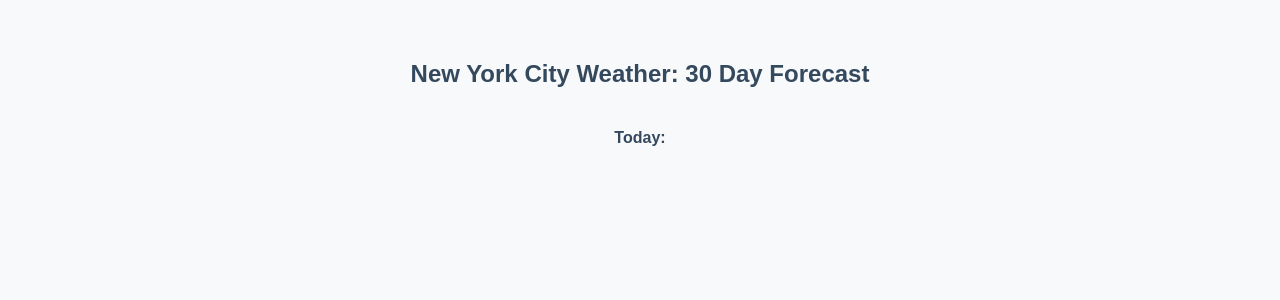
Repository: m0llyc00k/web-advanced
Page: NYC_weather_midterm/index_MC.html
The author's editor kept a record of every edit. The page is drawn from the files as they stood at one moment, then again after the next edit.
The browser window is 1280 px wide. The pictures show the whole page.
Some web fonts or font styles are not loaded; a fallback is used.

Above is the page before.
Console error: TypeError: Cannot read properties of null (reading 'addEventListener')

### NYC_weather_midterm/index_MC.html
<!DOCTYPE html>
<html lang="en">

<head>
    <link rel="stylesheet" href="./styles_MC.css" type="text/css">

    </link>

    <title>NYC Weather: 30 Day Forecast</title>
</head>

<body>
    <h2 class="title">
        New York City Weather: 30 Day Forecast
    </h2>
    <h4>Today:</h4>
    <br><br><br>
    <div id="wrapper" class="wrapper">
        <div id="tooltip" class="tooltip">
            <div id="tooltip-date" class="tooltip-date"></div>
            <div id="tooltip-temperature" class="tooltip-temperature">
                <span id="tooltip-temperature-min"></span>
                -
                <span id="tooltip-temperature-max"></span>
            </div>
            <div class="tooltip-metric tooltip-precipitation-type">
                <div>Weather</div>
                <div id="tooltip-precipitation-type"></div>
            </div>

            <div class="tooltip-metric tooltip-cloud">
                <div>Cloud Cover</div>
                <div id="tooltip-cloud"></div>
            </div>
            <div class="tooltip-metric tooltip-rain">
                <div>Rain</div>
                <div id="tooltip-rain"></div>
            </div>
            <div class="tooltip-metric tooltip-snow">
                <div>Snow</div>
                <div id="tooltip-snow"></div>
            </div>
            <div class="tooltip-metric tooltip-humidity">
                <div>Humidity</div>
                <div id="tooltip-humidity"></div>
            </div>
        </div>


        <script src="https://d3js.org/d3.v7.min.js"></script>
        <script src="./script2.js"></script>

</body>

</html>

### NYC_weather_midterm/styles_MC.css
/* Import and use the Inter font https://rsms.me/inter/ */
@import url('https://rsms.me/inter/inter.css');

html {
    font-family: 'Inter', sans-serif;
}

body {
    display: flex;
    flex-direction: column;
    align-items: center;
    padding: 2em 2em;
    font-family: 'Inter var', sans-serif;
    font-size: 16px;
    color: #34495e;
    background: #f8f9fa;
}

#title {
    position: relative;
    width: 600px;
    margin-top: .3em;
    margin-bottom: .3em;
    line-height: 1.2em;
    display: flex;
    justify-content: center;
    text-align: center;
    align-items: center;
    font-family: 'Inter', sans-serif;
    font-feature-settings: 'tnum'1;
    font-weight: bold;
    font-size: 24px;
}

.grid-line {
    stroke: #dadadd;
    fill: none;
}

.tick-label {
    dominant-baseline: middle;
    fill: #8395a7;
    font-size: 0.7em;
    font-weight: 700;
    letter-spacing: 0.005em;
}

.tick-label-temperature {
    fill: #8395a7;
    opacity: 0.7;
    dominant-baseline: middle;
    font-size: 0.7em;
}

.freezingCircle {
    fill: skyblue;
    opacity: 0.5;
}

.day-line {
    stroke: #dadadd;
    stroke-width: 3;
}

.cloud-dot {
    fill: #c8d6e5;
    /*opacity: 0.8;*/
    mix-blend-mode: multiply;
}

.humidity-dot {
    fill: #d8d2e7;
    /*opacity: 0.8;*/
}

.rain-dot {
    opacity: 0.7;
    fill: cornflowerblue;
    mix-blend-mode: multiply;
}

.snow-dot {
    opacity: 0.7;
    fill: #636e72;
    mix-blend-mode: multiply;
}

.annotation-line {
    stroke: gray;
    /*opacity: 0.4;*/
}

.annotation-text {
    fill: gray;
    font-size: 0.7em;
    dominant-baseline: middle;
}

svg {
    overflow: visible;
}

#wrapper {
    position: relative;
}

.dropbtn {
    background-color: #8395a7;
    font-family: 'Inter', sans-serif;
    color: #dfdfdf;
    padding: 14px;
    font-size: 13px;
    border: none;
}

.dropdown {
    position: relative;
    display: inline-block;
}

.dropdown-content {
    font-family: 'Inter', sans-serif;
    font-size: 12px;
    display: none;
    position: absolute;
    background-color: #dfdfdf;
    min-width: 120px;
    box-shadow: 0px 8px 16px 0px rgba(0, 0, 0, 0.2);
    z-index: 1;
    color: #34495e;
    justify-content: center;
    text-align: center;
    align-items: center;

}

.dropdown-content a {
    font-family: 'Inter', sans-serif;
    color: black;
    padding: 12px 16px;
    text-decoration: none;
    display: block;
}

.dropdown-content a:hover {
    background-color: cornflowerblue;
    opacity: .5;
}

.dropdown:hover .dropdown-content {
    display: block;
}

.dropdown:hover .dropbtn {
    opacity: .5;
}

.tooltip {
    opacity: 0;
    position: absolute;
    top: 0;
    left: 0;
    width: 15em;
    padding: 0.6em 1em;
    background: #fff;
    text-align: center;
    line-height: 1.4em;
    font-size: 0.9em;
    border: 1px solid #ddd;
    z-index: 10;
    pointer-events: none;

}

.tooltip-date {
    margin-bottom: 0.2em;
    font-weight: 600;
    font-size: 1.1em;
    line-height: 1.4em;
}

.tooltip-temperature {
    font-feature-settings: 'tnum'1;
}

.tooltip-metric {
    display: flex;
    justify-content: space-between;
    width: 100%;
    font-size: 0.8em;
    line-height: 1.3em;
    transition: all 0.1s ease-out;
}

.tooltip-metric div:first-child {
    font-weight: 800;
    padding-right: 1em;
}

.tooltip-metric div:nth-child(2) {
    font-feature-settings: 'tnum'1;
}

.tooltip-cloud {
    color: #8395a7;
}

.tooltip-humidity {
    color: #bbb1d5;
}

.listener-circle {
    fill: transparent;
}

.tooltip-line {
    pointer-events: none;
    fill: #8395a7;
    /*fill-opacity: 0.2;*/
    mix-blend-mode: multiply;
}

.tooltip-rain {
    color: cornflowerblue;
}

.tooltip-snow {
    /*color: #8791a3;*/
    color: #b2bec3;
}

.tooltip-precipitation-type {
    margin-bottom: 8px;
    margin-top: 8px;
}

### NYC_weather_midterm/script2.js
/*global d3*/
//create a constructor function to process the data within object

"use strict";

const form = document.querySelector(".top-banner form");
const input = document.querySelector(".top-banner input");
const msg = document.querySelector(".top-banner .msg");
// const list = document.querySelector(".ajax-section .cities");
const apiKey = "0353e66df6f1bec42f85ab2aa62ad775";

form.addEventListener("submit", e => {
    e.preventDefault();
    let inputVal = input.value;

    //ajax here
    const url = `https://pro.openweathermap.org/data/2.5/forecast/climate?q=${inputVal}&appid=${apiKey}&units=imperial`;

    function fetchSearchData() {

        fetch(url)
            .then(res => res.json())
            // .then(data => {
            //     console.log(data)

            .then(function(data) {
                const dataset = data.list
                const allData = data


                drawChart(dataset)
                console.log(allData)
                getTitle(allData)

            })
            .catch(error => {
                console.log(error);
                msg.textContent = "Please search for a valid city";
            })

        msg.textContent = "";
        form.reset();
        input.focus();
    };



    function getTitle(allData) {
        const title = document.getElementById("title")
        const city = document.createElement("h2");
        const newTitle = city.innerText = allData.city.name + ", " + allData.city.country;
        title.innerHTML = newTitle + " : 30 Day Forecast";
    }

    const chartDiv = document.getElementById('wrapper')

        if (chartDiv == null) {
            fetchSearchData()
        } else {
            chartDiv.remove()
            fetchSearchData()
        }


    //////// draw chart in d3 ////////


    function drawChart(newData) {



        // 1. Access data


        // console.log(newData)
        //add the date format to the data
        const formatDate = d3.timeFormat("%Y-%m-%d")
        const parseDate = d3.timeParse("%Y-%m-%d")

        newData.forEach((element) => {
            element['date'] =
                (formatDate(element.dt * 1000))
        })

        const sunFormatter = d3.timeFormat("%I %p")
        const temperatureMinAccessor = d => d.temp.min
        const temperatureMaxAccessor = d => d.temp.max
        const dayAccessor = d => d.date
        const humidityAccessor = d => d.humidity
        const rainAccessor = d => d.rain
        const snowAccessor = d => d.snow
        const precipitationTypeAccessor = d => d.weather[0].main
        const weatherType = d => d.weather[0].description
        const cloudAccessor = d => d.clouds
        const dateParser = d3.timeParse("%Y-%m-%d")
        const sunriseAccessor = d => dateParser(d.sunrise)
        const sunsetAccessor = d => dateParser(d.sunset)
        const sunriseFormat = d => sunFormatter(sunriseAccessor(d.sunrise))
        const dateAccessor = d => dateParser(d.date)


        // 2. Create chart dimensions

        const width = 600
        let dimensions = {
            width: width,
            height: width,
            radius: width / 2,
            margin: {
                top: 120,
                right: 120,
                bottom: 120,
                left: 120,
            },
        }
        dimensions.boundedWidth = dimensions.width - dimensions.margin.left - dimensions.margin.right
        dimensions.boundedHeight = dimensions.height - dimensions.margin.top - dimensions.margin.bottom
        dimensions.boundedRadius = dimensions.radius - ((dimensions.margin.left + dimensions.margin.right) / 2)

        // 3. Draw canvas

        const div = document.createElement("div")
        div.setAttribute('class', 'wrapper');
        div.setAttribute('id', 'wrapper')
        document.body.appendChild(div);

        div.innerHTML = `
        <div id="tooltip" class="tooltip">
            <div id="tooltip-date" class="tooltip-date"></div>
            <div id="tooltip-temperature" class="tooltip-temperature">
                <span id="tooltip-temperature-min"></span>
                -
                <span id="tooltip-temperature-max"></span>
            </div>
            <div class="tooltip-metric tooltip-precipitation-type">
                <div>Weather</div>
                <div id="tooltip-precipitation-type"></div>
            </div>

            <div class="tooltip-metric tooltip-cloud">
                <div>Cloud Cover</div>
                <div id="tooltip-cloud"></div>
            </div>
            <div class="tooltip-metric tooltip-rain">
                <div>Rain</div>
                <div id="tooltip-rain"></div>
            </div>
            <div class="tooltip-metric tooltip-snow">
                <div>Snow</div>
                <div id="tooltip-snow"></div>
            </div>
            <div class="tooltip-metric tooltip-humidity">
                <div>Humidity</div>
                <div id="tooltip-humidity"></div>
            </div>
        </div>
        `

        const subtitle = document.createElement('h4')

        const wrapper = d3.select("#wrapper")
            .append("svg")
            .attr("width", dimensions.width)
            .attr("height", dimensions.height)

        const bounds = wrapper.append("g")
            .style("transform", `translate(${
            dimensions.margin.left + dimensions.boundedRadius}px, ${dimensions.margin.top + dimensions.boundedRadius}px)`)

        const defs = wrapper.append("defs")

        const gradientId = "temperature-gradient"
        const gradient = defs.append("radialGradient")
            .attr("id", gradientId)

        const radiusScale = d3.scaleLinear()
            .domain(d3.extent([
                ...newData.map(temperatureMinAccessor),
                ...newData.map(temperatureMaxAccessor),
            ]))
            .range([0, dimensions.boundedRadius])
            .nice()

        const numberOfStops = 10
        // const gradientColorScale = d3.interpolatePuBuGn
        // const gradientColorScale = d3.interpolateBuPu
        // const gradientColorScale = d3.interpolateCool
        const gradientColorScale = d3.interpolateRgb("cornflowerblue", "#047773")


        const temperatureColorScale = d3.scaleSequential()
            .domain(radiusScale.domain())
            .interpolator(gradientColorScale)

        d3.range(numberOfStops).forEach(i =>
            gradient.append("stop")
            .attr("offset", `${i *100 / (numberOfStops - 1)}%`)
            .attr("stop-color", gradientColorScale(
                i / (numberOfStops - 1)
            )))

        // 4. Create scales

        const angleScale = d3.scaleTime()
            .domain(d3.extent(newData, dateAccessor))
            .range([0, Math.PI * 2])


        const getCoordinatesForAngle = (angle, offset = 1) => [
            Math.cos(angle - Math.PI / 2) * dimensions.boundedRadius * offset,
            Math.sin(angle - Math.PI / 2) * dimensions.boundedRadius * offset,
        ]

        const getXFromDataPoint = (d, offset = 1.4) => (
            getCoordinatesForAngle(angleScale(dateAccessor(d)), offset)[0]
        )

        const getYFromDataPoint = (d, offset = 1.4) => (
            getCoordinatesForAngle(angleScale(dateAccessor(d)), offset)[1]
        )

        // 5. Draw data

        const freezingCircle = bounds.append("circle")
            .attr("r", radiusScale(32))
            .attr("class", "freezingCircle")


        const areaGenerator = d3.areaRadial()
            .angle(d => angleScale(dateAccessor(d)))
            .innerRadius(d => radiusScale(temperatureMinAccessor(d)))
            .outerRadius(d => radiusScale(temperatureMaxAccessor(d)))

        const area = bounds.append("path")
            .attr("d", areaGenerator(newData))
            .style("fill", `url(#${gradientId}`)

        const cloudRadiusScale = d3.scaleSqrt()
            .domain(d3.extent(newData, cloudAccessor))
            .range([1, 10])

        const humidityRadiusScale = d3.scaleSqrt()
            .domain(d3.extent(newData, humidityAccessor))
            .range([1, 10])

        const precipitationTypes = ["rain", "clouds", "snow", "humidity"]
        const precipitationTypeColorScale = d3.scaleOrdinal()
            .domain(precipitationTypes)
            .range(["cornflowerblue", "#636e72", "#b2bec3", "#d8d2e7"])

        const rainRaduisScale = d3.scaleSqrt()
            .domain(d3.extent(newData, rainAccessor))
            .range([0, 10])

        const snowRaduisScale = d3.scaleSqrt()
            .domain(d3.extent(newData, snowAccessor))
            .range([0, 10])

        // 6. Draw peripherals

        const annotationGroup = bounds.append("g")
        const drawAnnotation = (angle, offset, text) => {
            const [x1, y1] = getCoordinatesForAngle(angle, offset)
            const [x2, y2] = getCoordinatesForAngle(angle, 2.6)

            annotationGroup.append("line")
                .attr("x1", x1)
                .attr("x2", x2)
                .attr("y1", y1)
                .attr("y2", y2)
                .attr("class", "annotation-line")

            annotationGroup.append("text")
                .attr("x", x2 + 6)
                .attr("y", y2)
                .attr("class", "annotation-text")
                .text(text)

        }




        const peripherals = bounds.append("g")
        const days = d3.timeDay.range(...angleScale.domain())

        days.forEach(day => {
            const angle = angleScale(day)
            const [x, y] = getCoordinatesForAngle(angle, 1)
            // console.log(getCoordinatesForAngle(angle, 1))

            peripherals.append("line")
                .attr("x2", x)
                .attr("y2", y)
                .attr("class", "grid-line")


            const [labelx, labely] = getCoordinatesForAngle(angle, 2)
            peripherals.append("text")
                .text(d3.timeFormat("%b %d")(day))
                .attr("x", labelx)
                .attr("y", labely)
                .attr("class", "tick-label")
                .style("text-anchor",
                    Math.abs(labelx) < 5 ? "middle" :
                    labelx > 0 ? "start" :
                    "end"
                )


            const temperatureTicks = radiusScale.ticks(4)
            // console.log(temperatureTicks)
            const gridCircles = temperatureTicks.map(d => {
                peripherals.append("circle")
                    .attr("r", radiusScale(d))
                    .attr("class", "grid-line")
            })

            const tickLabelBackgrounds = temperatureTicks.map(d => {
                if (d < 1) return
                return peripherals.append("rect")
                    // .attr("x", 4)
                    .attr("y", -radiusScale(d) - 10)
                    .attr("width", 40)
                    .attr("height", 20)
                    .attr("fill", "#f8f9fa")
            })

            const gridLabels = temperatureTicks.map(d => {
                if (d < 1) return
                return peripherals.append("text")
                    .attr("x", 4)
                    .attr("y", -radiusScale(d) + 2)
                    .html(`${d3.format(".0f")(d)} \xB0F`)
                    .attr("class", "tick-label-temperature")
            })

        })

        //ticks for days

        const dayGroup = bounds.append("g")
        const dayOffset = 1
        const dayTick = dayGroup.selectAll("line")
            .data(newData.filter(d => dayAccessor(d)))
            .join("line")
            .attr("x1", d => getXFromDataPoint(d, dayOffset))
            .attr("y1", d => getYFromDataPoint(d, dayOffset))
            .attr("x2", d => getXFromDataPoint(d, dayOffset + 0.1))
            .attr("y2", d => getYFromDataPoint(d, dayOffset + 0.1))
            .attr("class", "day-line")

        //outer circles

        const cloudGroup = bounds.append("g")
        const cloudOffset = 1.65
        const cloudDots = cloudGroup.selectAll("circle")
            .data(newData)
            .join("circle")
            .attr("r", d => cloudRadiusScale(cloudAccessor(d)))
            .attr("cx", d => getXFromDataPoint(d, cloudOffset))
            .attr("cy", d => getYFromDataPoint(d, cloudOffset))
            .attr("class", "cloud-dot")

        const humidityGroup = bounds.append("g")
        const humidityOffset = 1.20
        const humidityDots = humidityGroup.selectAll("circle")
            .data(newData)
            .join("circle")
            .attr("r", d => humidityRadiusScale(humidityAccessor(d)))
            .attr("cx", d => getXFromDataPoint(d, humidityOffset))
            .attr("cy", d => getYFromDataPoint(d, humidityOffset))
            .attr("class", "humidity-dot")

        const rainGroup = bounds.append("g")
        const rainOffset = 1.34
        const rainDots = rainGroup.selectAll("circle")
            .data(newData)
            .join("circle")
            .attr("r", d => rainRaduisScale(rainAccessor(d)))
            .attr("cx", d => getXFromDataPoint(d, rainOffset))
            .attr("cy", d => getYFromDataPoint(d, rainOffset))
            .attr("class", "rain-dot")

        const snowGroup = bounds.append("g")
        const snowOffset = 1.47
        const snowDots = snowGroup.selectAll("circle")
            .data(newData)
            .join("circle")
            .attr("r", d => snowRaduisScale(snowAccessor(d)))
            .attr("cx", d => getXFromDataPoint(d, snowOffset))
            .attr("cy", d => getYFromDataPoint(d, snowOffset))
            .attr("class", "snow-dot")



        // drawAnnotation(Math.PI * 0.3, humidityOffset , "Humidity")
        // drawAnnotation(Math.PI * 0.195, cloudOffset , "Cloudiness")
        // drawAnnotation(Math.PI * 0.24, rainOffset , "Rain")
        // drawAnnotation(Math.PI * 0.26, snowOffset , "Snow")
        drawAnnotation(Math.PI * 0.65, 0.5, "Temperature")


        drawAnnotation(Math.PI * 0.72, radiusScale(32) / dimensions.boundedRadius, "Freezing Temperature (32\xB0F)")


        precipitationTypes.forEach((precipitationType, index) => {
            const labelCoordinates = getCoordinatesForAngle(Math.PI * 0.28, 3.0)

            annotationGroup.append("circle")
                .attr("cx", labelCoordinates[0] + 15)
                .attr("cy", labelCoordinates[1] + (16 * (index + 1)))
                .attr("r", 4)
                .attr("fill", precipitationTypeColorScale(precipitationType))
                .style("opacity", 0.7)
            annotationGroup.append("text")
                .attr("x", labelCoordinates[0] + 25)
                .attr("y", labelCoordinates[1] + (16 * (index + 1)))
                .text(precipitationType)
                .attr("class", "annotation-text")

        })




        //   // 7. Set up interactions

        const listenerCircle = bounds.append("circle")
            .attr("r", dimensions.width / 2)
            .attr("class", "listener-circle")
            .on("mousemove", onMouseMove)
            .on("mouseleave", onMouseLeave)


        const tooltip = d3.select("#tooltip")
        const tooltipLine = bounds.append("path")
            .attr("class", "tooltip-line")

        function onMouseMove(e) {
            const [x, y] = d3.pointer(e)

            const getAngleFromCoordinates = (x, y) => (
                Math.atan2(y, x))
            let angle = getAngleFromCoordinates(x, y) + Math.PI / 2
            if (angle < 0) angle = (Math.PI * 2) + angle

            const tooltipArcGenerator = d3.arc()
                .innerRadius(0)
                .outerRadius(dimensions.boundedRadius * 1.6)
                .startAngle(angle - 0.15)
                .endAngle(angle + 0.015)

            tooltipLine.attr("d", tooltipArcGenerator())
                .style("opacity", 1)

            const outerCoordinates = getCoordinatesForAngle(angle, 1.6)

            tooltip.style("opacity", 1)
                .style("transform", `translate(calc(${
          outerCoordinates[0] < -50 ? "40px + -100" :
          outerCoordinates[0] > 50 ? "-40px + 0" :
          -50
        }% + ${
          outerCoordinates[0] + dimensions.margin.left + dimensions.boundedRadius
        }px), calc(${
          outerCoordinates[1] < -50 ? "40px + -100" :
          outerCoordinates[1] > 50 ? "-40px + 0" :
          -50
        }% + ${
          outerCoordinates[1] + dimensions.margin.top + dimensions.boundedRadius
        }px))`)

            const date = angleScale.invert(angle)
            const dateString = d3.timeFormat("%Y-%m-%d")(date)

            const dataPoint = newData.find(d => d.date == dateString)
            if (!dataPoint) return

            const noValue = NaN



            tooltip.select("#tooltip-date")
                .text(d3.timeFormat("%B %-d")(date))
            tooltip.select("#tooltip-temperature-min")
                .html(`${d3.format(".1f")(
          temperatureMinAccessor(dataPoint))
        }	\xB0F`)
            tooltip.select("#tooltip-temperature-max")
                .html(`${d3.format(".1f")(
          temperatureMaxAccessor(dataPoint))
        }	\xB0F`)
            tooltip.select("#tooltip-humidity")
                .html(`${d3.format(".1f")(
          humidityAccessor(dataPoint))
        }	%`)
            tooltip.select("#tooltip-cloud")
                .html(`${d3.format(".1f")(
          cloudAccessor(dataPoint))
        }	%`)


            if (snowAccessor(dataPoint) != undefined) {
                tooltip.select("#tooltip-snow")
                    .html(`${d3.format(".1f")(
                snowAccessor(dataPoint))
        }	mm`)
            }
            else {
                tooltip.select("#tooltip-snow")
                    .text('none')
            }


            if (rainAccessor(dataPoint) != undefined) {
                tooltip.select("#tooltip-rain")
                    .html(`${d3.format(".1f")(
            rainAccessor(dataPoint))
        }	mm`)

            }
            else {
                tooltip.select("#tooltip-rain")
                    .text('none')
            }


            tooltip.select("#tooltip-precipitation-type")
                .text(weatherType(dataPoint))
            // tooltip.select("#tooltip-sunrise")
            //     .text(sunriseAccessor(d3.timeFormat("%I %p")))
            // tooltip.select("#tooltip-sunset")
            //     .text(d3.timeFormat("%I %p")(sunsetAccessor))
            tooltip.select(".tooltip-precipitation-type")
                .style("color", precipitationTypeAccessor(dataPoint) ?
                    precipitationTypeColorScale(
                        precipitationTypeAccessor(dataPoint)
                    ) :
                    "#dadadd")
            tooltip.select("#tooltip-temperature-min")
                .style("color", temperatureColorScale(
                    temperatureMinAccessor(dataPoint)
                ))
            tooltip.select("#tooltip-temperature-max")
                .style("color", temperatureColorScale(
                    temperatureMaxAccessor(dataPoint)
                ))
            tooltip.select("#tooltip-rain")
                .style("color", "cornflowerblue")
            tooltip.select("#tooltip-snow")
                .style("color", "#8791a3")
            // tooltip.select("#tooltip-sunrise")
            //     .style("color", "#feca57")
            // tooltip.select("#tooltip-sunset")
            //     .style("color", "#fe7757")
        }

        function onMouseLeave() {
            tooltip.style("opacity", 0)
            tooltipLine.style("opacity", 0)

        }



    }

});

After the next edit:
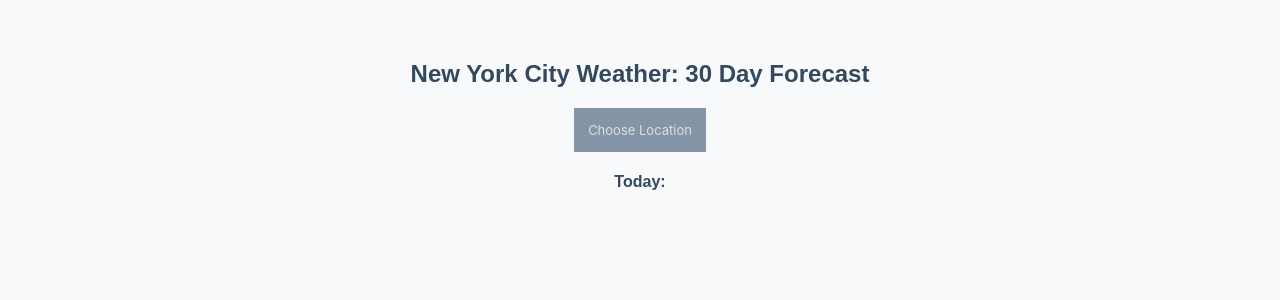
The edit:
--- a/NYC_weather_midterm/index_MC.html
+++ b/NYC_weather_midterm/index_MC.html
@@ -13,6 +13,14 @@
     <h2 class="title">
         New York City Weather: 30 Day Forecast
     </h2>
+    <div class="dropdown">
+        <button class="dropbtn">Choose Location</button>
+        <div class="dropdown-content">
+            <a href="#">Link 1</a>
+            <a href="#">Link 2</a>
+            <a href="#">Link 3</a>
+        </div>
+    </div>
     <h4>Today:</h4>
     <br><br><br>
     <div id="wrapper" class="wrapper">
